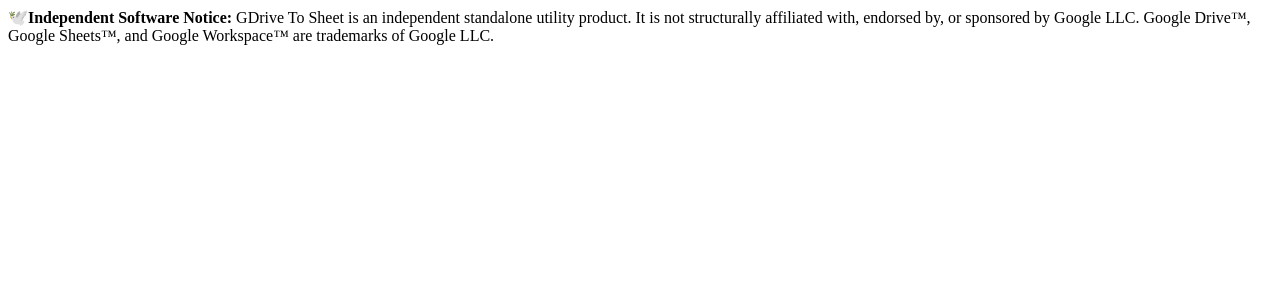
Repository: toishitool/gdrive-to-sheet
Page: notice.html
These files come from the project's save history. The page is drawn as it stood at one moment and after the next save; the edit follows.
The browser window is 1280 px wide. The pictures show the whole page.

Above is the page before, as saved 2026-06-24 08:24:35.

After the next save:
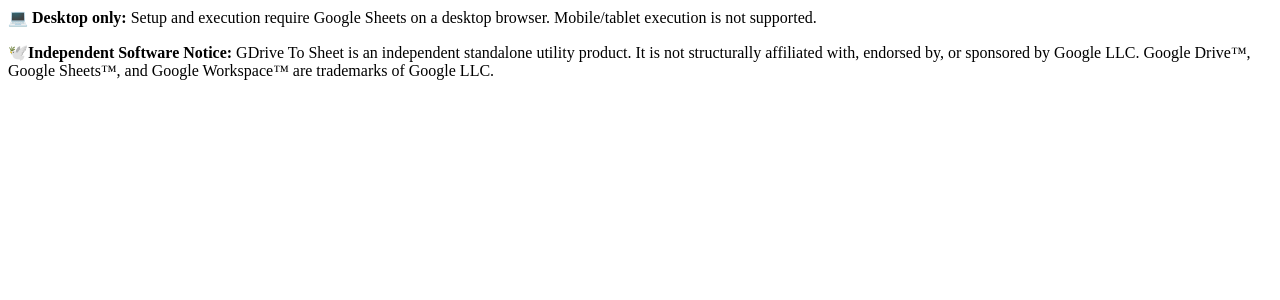
Saved 7 min 27 s later.
--- a/notice.html
+++ b/notice.html
@@ -1,4 +1,6 @@
+
 <div class="notice-block">
+  <p> 💻 <strong>Desktop only:</strong> Setup and execution require Google Sheets on a desktop browser. Mobile/tablet execution is not supported. </p>
     <p>🕊️<strong>Independent Software Notice:</strong> GDrive To Sheet is an independent standalone utility
       product. It is not structurally affiliated with, endorsed by, or sponsored by Google LLC. Google Drive™, Google
       Sheets™, and Google Workspace™ are trademarks of Google LLC.</p>
